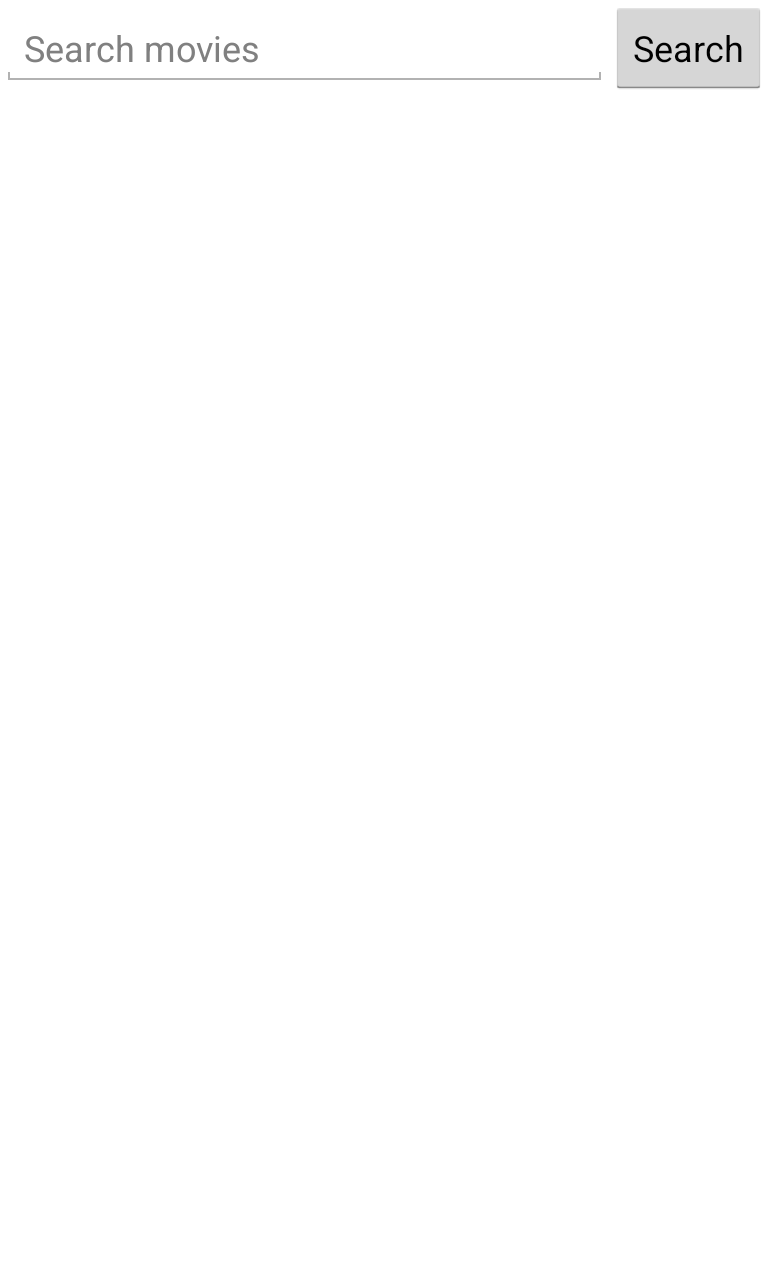
Repository: Tupling/Android-MovieDB
Layout: Java2_Android_App/MovieDB/res/layout/linear_layout.xml
The author's editor kept a copy of each file at every save. The layout is drawn from the files as they stood at one save, then again after the next save.
It is drawn on a 768 x 1280 px phone screen (xhdpi) without system bars, with theme AppTheme; the app's code is not run. Lists and similar views that code fills are empty.

Above is the layout before, as saved 2013-12-05 22:14:26.

### Java2_Android_App/MovieDB/res/layout/linear_layout.xml
<?xml version="1.0" encoding="utf-8"?>
<LinearLayout xmlns:android="http://schemas.android.com/apk/res/android"
    android:layout_width="match_parent"
    android:layout_height="match_parent"
    android:orientation="vertical" >

    <LinearLayout
        android:layout_width="match_parent"
        android:layout_height="wrap_content"
        android:orientation="horizontal">

        <EditText
            android:id="@+id/search_input"
            android:layout_width="0dip"
            android:layout_weight="1"
            android:layout_height="wrap_content"
            android:hint="@string/search_movies"/>

        <Button
            android:id="@+id/search_button"
            android:layout_width="wrap_content"
            android:layout_height="wrap_content"
            android:text="@string/search_btn_text"/>


    </LinearLayout>
        <ListView
       android:id="@+id/movie_list"
        android:layout_width="wrap_content"
        android:layout_height="wrap_content" >

    </ListView>
</LinearLayout>

### Java2_Android_App/MovieDB/res/values/strings.xml
<?xml version="1.0" encoding="utf-8"?>
<resources>

    <string name="app_name">MovieDB</string>
    <string name="action_settings">Settings</string>
    <string name="hello_world">Hello world!</string>
    <string name="search_movies">Search movies</string>
    <string name="search_btn_text">Search</string>

</resources>

Loaded but not shown: Java2_Android_App/MovieDB/res/values/styles.xml (common file); Java2_Android_App/MovieDB/res/values-v11/styles.xml (common file); Java2_Android_App/MovieDB/res/values-v14/styles.xml (common file)

After the next save:
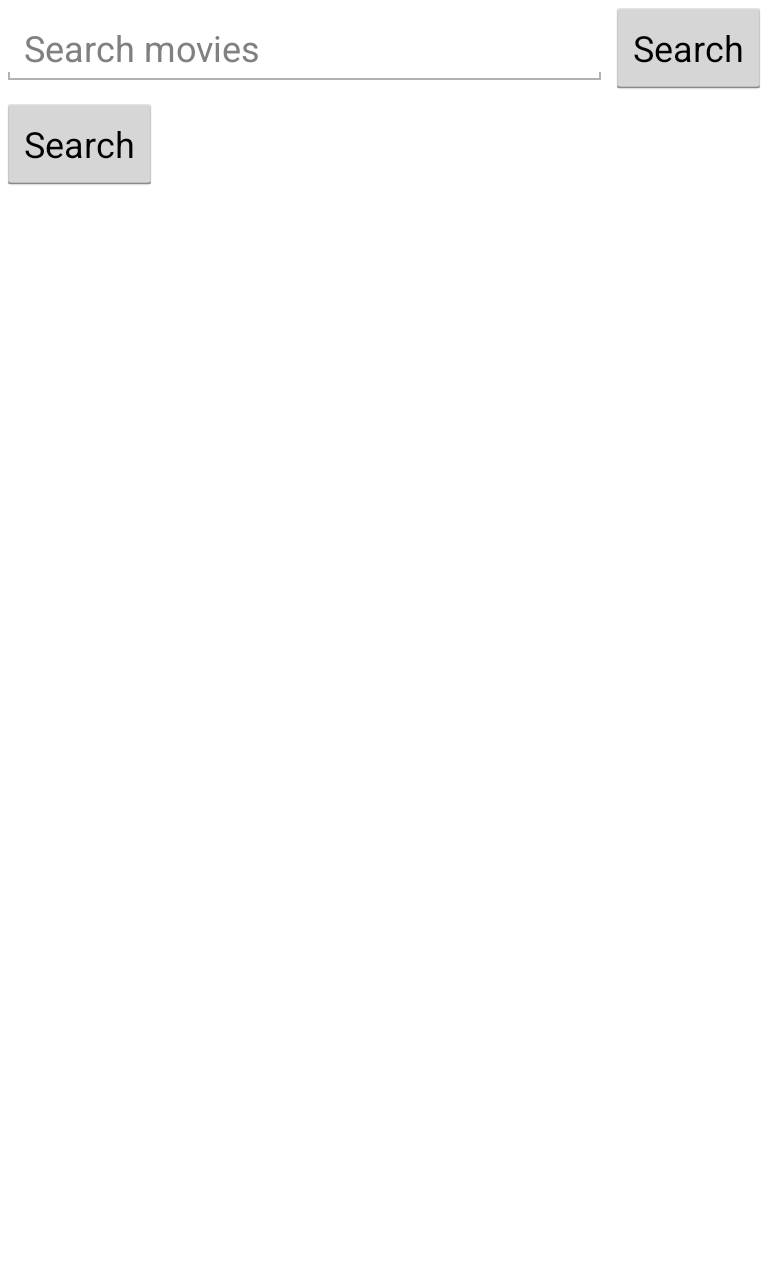
Saved 3 h 31 min later.
--- a/Java2_Android_App/MovieDB/res/layout/linear_layout.xml
+++ b/Java2_Android_App/MovieDB/res/layout/linear_layout.xml
@@ -24,6 +24,11 @@
 
 
     </LinearLayout>
+            <Button
+            android:id="@+id/filter_button"
+            android:layout_width="wrap_content"
+            android:layout_height="wrap_content"
+            android:text="@string/search_btn_text"/>
         <ListView
        android:id="@+id/movie_list"
         android:layout_width="wrap_content"
